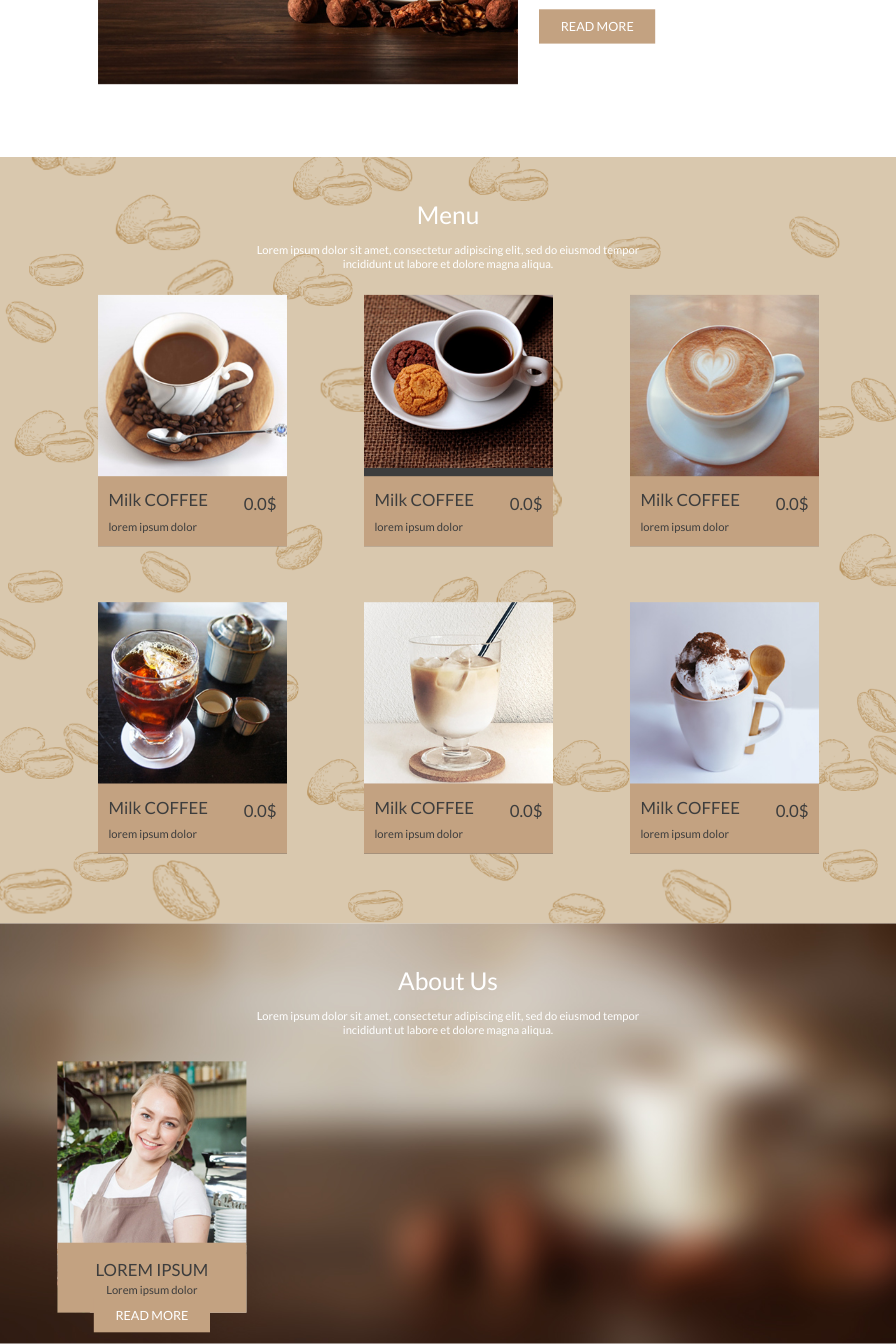
Repository: kuluong2000/coffe
Page: index.html
An editor plug-in stored every save of this project. The page is shown before and after the next save, followed by the edit.
The browser window is 1280 px wide. The pictures show the part of the page from y = 1035 to 2955 px (the page is 2955 px tall), at 70% of full size.

Above is the page before, as saved 2021-10-04 22:41:08.

After the next save:
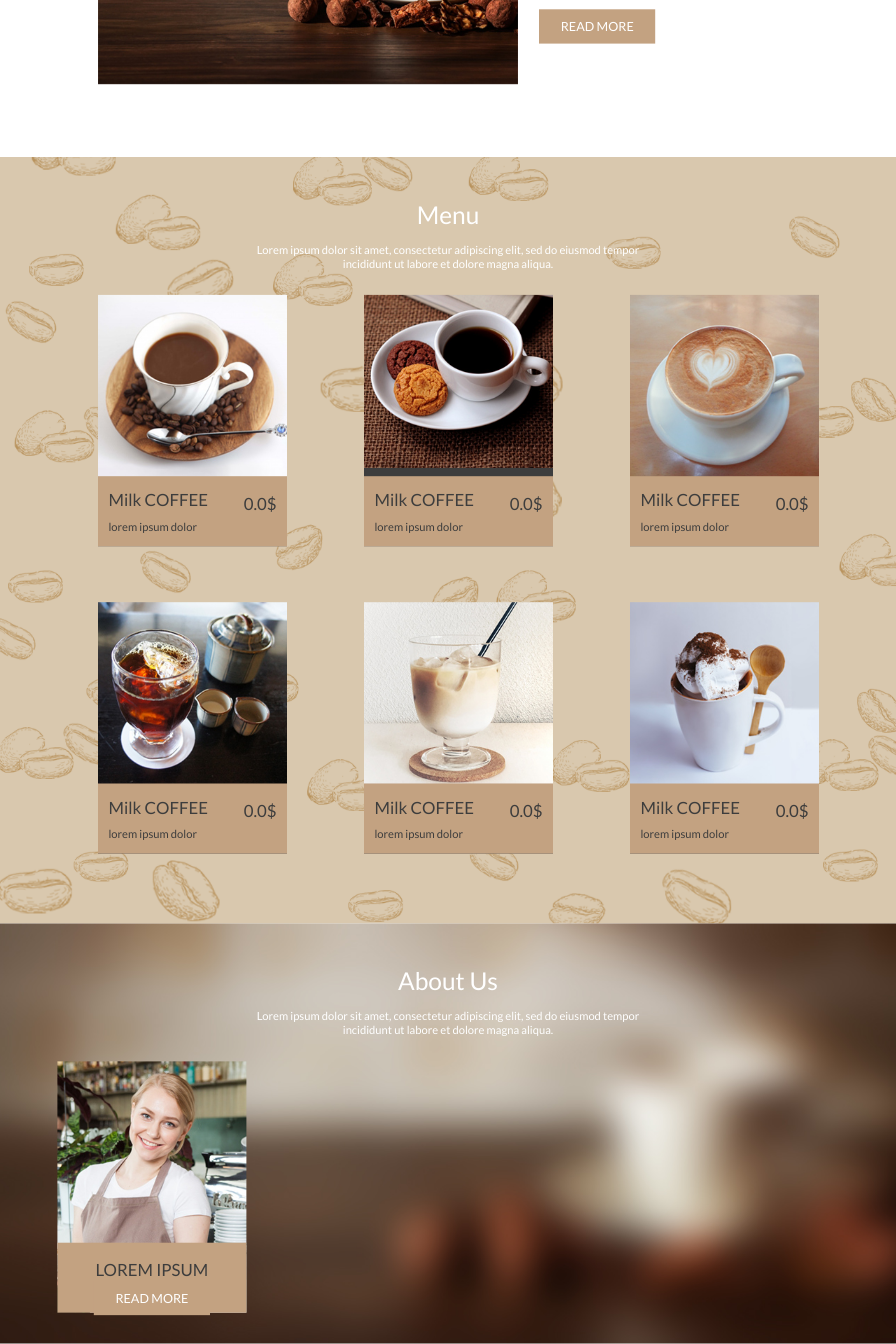
Saved 5 s later.
--- a/Assets/css/style.css
+++ b/Assets/css/style.css
@@ -262,7 +262,7 @@ body{
     visibility: hidden; */
     width: max-content;
     margin: 0 auto;
-    transform: translateY(0);
+    transform: translateY(-50%);
 
 
 }
